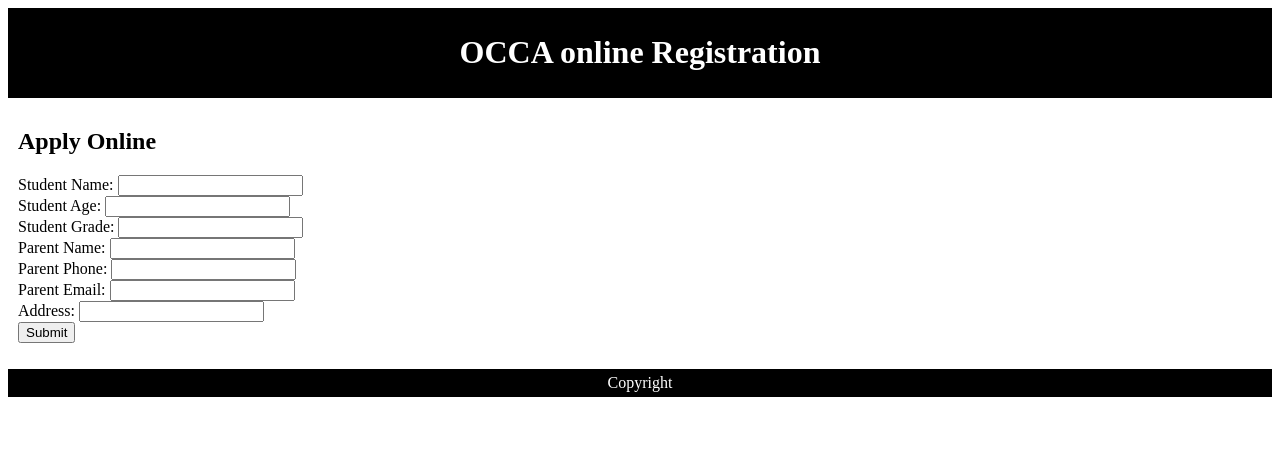
Repository: dreamxia329/TechExercise4830
Page: T3-0325-xia/T3-webProject-Xia/WebContent/register.html
The author's editor kept a copy of each file at every save. The page is drawn from the files as they stood at one save, then again after the next save.
The browser window is 1280 px wide. The pictures show the whole page.

Above is the page before, as saved 2022-03-31 00:20:58.

### T3-0325-xia/T3-webProject-Xia/WebContent/register.html
<html>
<head>
<style>
header {
    background-color:black;
    color:white;
    text-align:center;
    padding:5px;
}
nav {
    line-height:30px;
    background-color:#eeeeee;
    height:300px;
    width:100px;
    float:left;
    padding:5px;
}
section {
    width:350px;
    float:left;
    padding:10px;

}
footer {
    background-color:black;
    color:white;
    clear:both;
    text-align:center;
    padding:5px;
}
</style>
</head>

<body>
<header>
<h1> OCCA online Registration </h1>
</header>

<section>
	<h1>Apply Online</h1>

	<form action="RegisterServlet" method="POST">

		Student Name: <input type="text" name="studentName"> <br />
		Student Age: <input type="text" name="studentAge"> <br />
		Student Grade: <input type="text" name="studentGrade"> <br />
		Parent Name:  <input type="text" name="parentName"> <br />
		Parent Phone: <input type="text" name="parentPhone"> <br />
		Parent Email: <input type="text" name="parentEmail"> <br />
		Address: <input type="text" name="address"> <br />


		<input type="submit" value="Submit" />
	</form>

</section>

<footer>
Copyright
</footer>
</body>
</html>

After the next save:
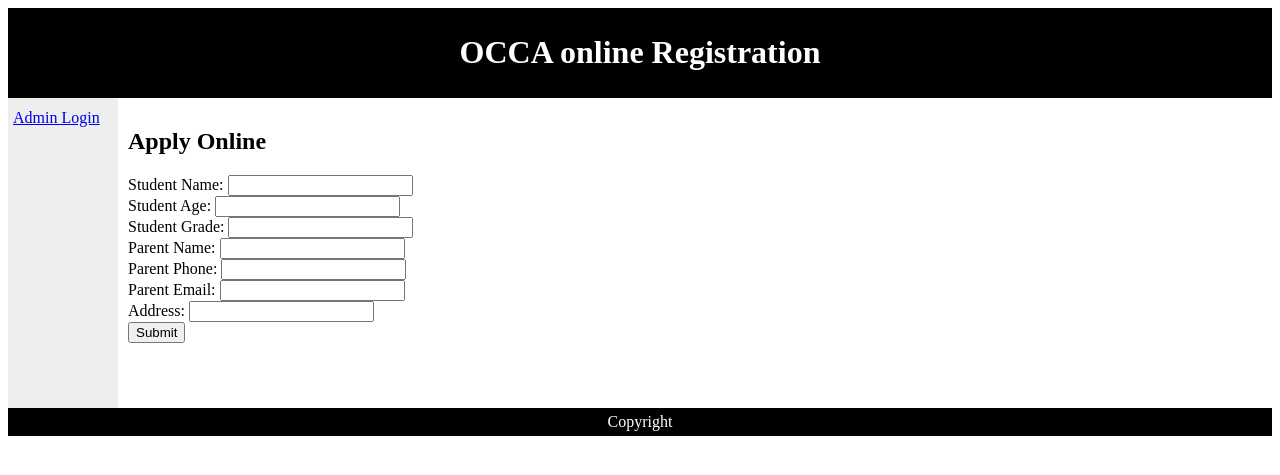
Saved 2 min 48 s later.
--- a/T3-0325-xia/T3-webProject-Xia/WebContent/register.html
+++ b/T3-0325-xia/T3-webProject-Xia/WebContent/register.html
@@ -2,61 +2,63 @@
 <head>
 <style>
 header {
-    background-color:black;
-    color:white;
-    text-align:center;
-    padding:5px;
+	background-color: black;
+	color: white;
+	text-align: center;
+	padding: 5px;
 }
+
 nav {
-    line-height:30px;
-    background-color:#eeeeee;
-    height:300px;
-    width:100px;
-    float:left;
-    padding:5px;
+	line-height: 30px;
+	background-color: #eeeeee;
+	height: 300px;
+	width: 100px;
+	float: left;
+	padding: 5px;
 }
+
 section {
-    width:350px;
-    float:left;
-    padding:10px;
+	width: 350px;
+	float: left;
+	padding: 10px;
+}
 
-}
 footer {
-    background-color:black;
-    color:white;
-    clear:both;
-    text-align:center;
-    padding:5px;
+	background-color: black;
+	color: white;
+	clear: both;
+	text-align: center;
+	padding: 5px;
 }
 </style>
 </head>
 
 <body>
-<header>
-<h1> OCCA online Registration </h1>
-</header>
+	<header>
+		<h1>OCCA online Registration</h1>
+	</header>
 
-<section>
-	<h1>Apply Online</h1>
+	<nav>
+		<a href="/T3-webProject-Xia/login.html">Admin Login</a> <br>
+	</nav>
 
-	<form action="RegisterServlet" method="POST">
+	<section>
+		<h1>Apply Online</h1>
 
-		Student Name: <input type="text" name="studentName"> <br />
-		Student Age: <input type="text" name="studentAge"> <br />
-		Student Grade: <input type="text" name="studentGrade"> <br />
-		Parent Name:  <input type="text" name="parentName"> <br />
-		Parent Phone: <input type="text" name="parentPhone"> <br />
-		Parent Email: <input type="text" name="parentEmail"> <br />
-		Address: <input type="text" name="address"> <br />
+		<form action="RegisterServlet" method="POST">
 
+			Student Name: <input type="text" name="studentName"> <br />
+			Student Age: <input type="text" name="studentAge"> <br />
+			Student Grade: <input type="text" name="studentGrade"> <br />
+			Parent Name: <input type="text" name="parentName"> <br />
+			Parent Phone: <input type="text" name="parentPhone"> <br />
+			Parent Email: <input type="text" name="parentEmail"> <br />
+			Address: <input type="text" name="address"> <br /> <input
+				type="submit" value="Submit" />
+		</form>
 
-		<input type="submit" value="Submit" />
-	</form>
+	</section>
 
-</section>
-
-<footer>
-Copyright
-</footer>
+	<footer> Copyright </footer>
 </body>
 </html>
